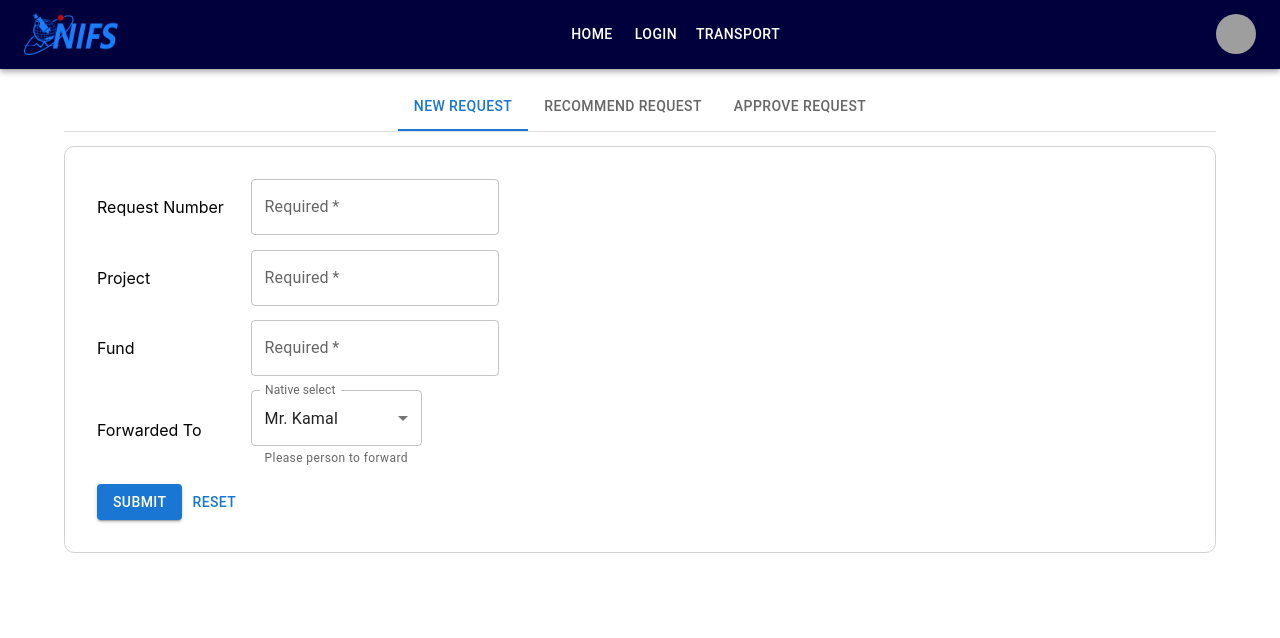
Repository: Ravindu97/NIFS_WebApplication
Page: /transport (app in client/)
An editor plug-in stored every save of this project. The page is shown before and after the next save, followed by the edit.
The browser window is 1280 px wide. The pictures show the whole page.
Pictures or frames that could not be fetched are drawn as grey boxes. The project was rebuilt for these pictures with package versions that can differ from the ones it lists, and the page was loaded fresh each time. Also part of the build but not shown: client/src/pages/Home.js, client/src/pages/Login.js, client/src/components/Transport/RecommendedRequest.js, client/src/components/Transport/ApproveRequest.js.

Above is the page before, as saved 2022-06-30 23:19:04.

After the next save:
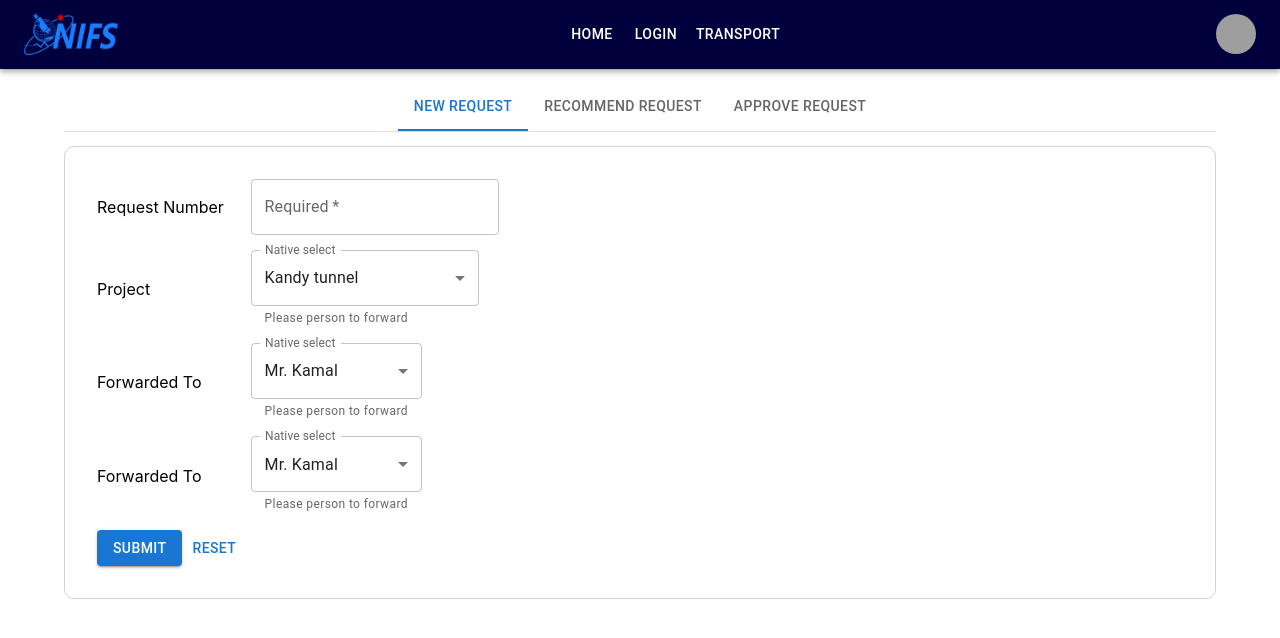
Saved 51 s later.
--- a/client/src/components/Transport/NewRequest.js
+++ b/client/src/components/Transport/NewRequest.js
@@ -35,26 +35,42 @@ function NewRequest() {
 				<div className="input-fields">
 					<label>Project</label>
 					<TextField
-						required
-						type="text"
+						id="outlined-select-currency-native"
+						select
+						label="Native select"
 						name="project"
-						id="outlined-basic"
-						label="Required"
-						variant="outlined"
 						{...register('project', { required: true })}
-					/>
+						SelectProps={{
+							native: true,
+						}}
+						helperText="Please person to forward"
+					>
+						{project.map((option) => (
+							<option key={option.id} value={option.value}>
+								{option.value}
+							</option>
+						))}
+					</TextField>
 				</div>
 				<div className="input-fields">
-					<label>Fund</label>
+					<label>Forwarded To</label>
 					<TextField
-						required
-						type="text"
-						name="fund"
-						id="outlined-basic"
-						label="Required"
-						variant="outlined"
-						{...register('fund', { required: true })}
-					/>
+						id="outlined-select-currency-native"
+						select
+						label="Native select"
+						name="forwardedTo"
+						{...register('forwardedTo', { required: true })}
+						SelectProps={{
+							native: true,
+						}}
+						helperText="Please person to forward"
+					>
+						{forwardedTo.map((option) => (
+							<option key={option.id} value={option.value}>
+								{option.value}
+							</option>
+						))}
+					</TextField>
 				</div>
 				<div className="input-fields">
 					<label>Forwarded To</label>
